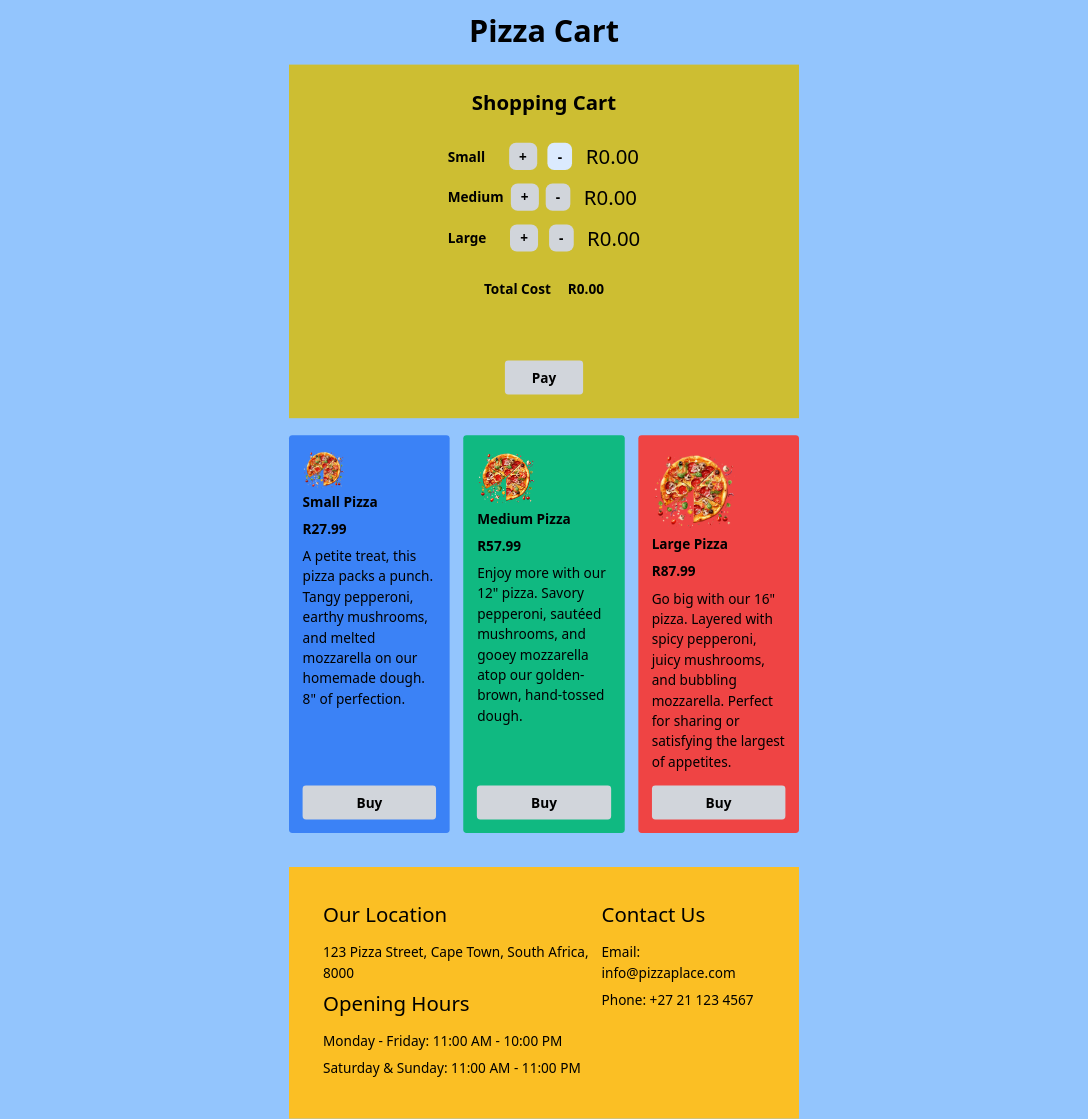
Repository: lasity34/pizza_cart
Page: index.html
These files come from the project's save history. The page is drawn as it stood at one moment and after the next save; the edit follows.
The browser window is 1280 px wide. The pictures show the whole page, at 85% of full size.
Some web fonts or font styles are not loaded; a fallback is used. Some web libraries are served in a nearby version.

Above is the page before, as saved 2023-07-12 10:52:22.

### index.html
<!DOCTYPE html>
<html lang="en">
  <head>
    <meta charset="UTF-8" />
    <meta name="viewport" content="width=device-width, initial-scale=1.0" />
    <title>Pizza Cart</title>
    <script src="//unpkg.com/alpinejs" defer></script>
    <link
      href="https://cdn.jsdelivr.net/npm/tailwindcss@2.1.2/dist/tailwind.min.css"
      rel="stylesheet"
    />
    <link href="./style.css" rel="stylesheet" />
    <link rel="preconnect" href="https://fonts.googleapis.com">
<link rel="preconnect" href="https://fonts.gstatic.com" crossorigin>
<link href="https://fonts.googleapis.com/css2?family=Titillium+Web:ital@0;1&family=Tsukimi+Rounded:wght@300;400;500&display=swap" rel="stylesheet">
  </head>
  <body x-data="cart" class="bg-blue-300" x-cloak>
    <section class="flex justify-center items-center">
      <h1 class="text-4xl pt-4 font-bold">Pizza Cart</h1>
    </section>

    <section
      class="shop-container my-5 p-7 flex justify-center items-center flex-col"
    >
      <h2 class="text-2xl mb-2 font-bold">Shopping Cart</h2>
      <div class="mt-6 flex flex-col items-center">
        <div >
          <div class="flex items-center mb-4">
            <p class="font-bold mr-2">Small</p>
            <div class="ml-5">
              <button
                @click="increment('small')"
                class="bg-gray-300 hover:bg-gray-400 rounded-lg px-3 py-1 mr-2 font-bold"
              >
                +
              </button>
              <button
                @click="decrement('small')"
                class="bg-blue-100 hover:bg-gray-400 rounded-lg px-3 py-1 font-bold"
              >
                -
              </button>
            </div>
            <p class="ml-4 text-2xl">
              R<span x-text="(smallAmount * prices.small).toFixed(2)"
                >0.00</span
              >
            </p>
          </div>
          <div class="flex items-center mb-4">
            <p class="font-bold mr-2 text-red">Medium</p>
            <button
              @click="increment('medium')"
              class="bg-gray-300 hover:bg-gray-400 rounded-lg px-3 py-1 mr-2 font-bold"
            >
              +
            </button>
            <button
              @click="decrement('medium')"
              class="bg-gray-300 hover:bg-gray-400 rounded-lg px-3 py-1 font-bold"
            >
              -
            </button>
            <p class="ml-4 text-2xl">
              R<span x-text="(mediumAmount * prices.medium).toFixed(2)"
                >0.00</span
              >
            </p>
          </div>
          <div class="flex items-center mb-4">
            <p class="font-bold mr-2">Large</p>
            <div class="ml-5">
              <button
                @click="increment('large')"
                class="bg-gray-300 hover:bg-gray-400 rounded-lg px-3 py-1 mr-2 font-bold"
              >
                +
              </button>
              <button
                @click="decrement('large')"
                class="bg-gray-300 hover:bg-gray-400 rounded-lg px-3 py-1 font-bold"
              >
                -
              </button>
            </div>
            <p class="ml-4 text-2xl">
              R<span x-text="(largeAmount * prices.large).toFixed(2)"
                >0.00</span
              >
            </p>
          </div>
        </div>
        <div class="flex justify-center mt-4">
          <p class="font-bold">Total Cost</p>
          <p class="ml-5 font-bold">R<span x-text="total().toFixed(2)">0.00</span></p>
        </div>
        <div class="mt-4">
          <p class="text-red-600 font-bold text-lg underline my-3 py-1" x-text="payMessage"></p>
        </div>

        <div class="mt-4" x-show="total() !== 0" x-cloak>
          <label class="font-bold">Payment Amount:</label>
          <input placeholder="Enter payment here" type="number" step="0.01" class="rounded ml-2 py-2" x-model="paymentAmount" />
        </div>
        <div class="mt-6">
          <button
          x-cloak
          @click="paymentTotal()"
            class="bg-gray-300 hover:bg-gray-400 py-2 px-8 rounded font-bold"
          >
            <span x-text="total() === 0 ? 'Pay' : 'Checkout'"></span>
          </button>
        </div>
      </div>
    </section>

    <section class="pizza_columns">
      <div class="flex justify-around gap-4 max-w-screen-sm mx-auto">
        <div
          class="pizza_sm bg-blue-500 rounded p-4 w-64 flex flex-col justify-between text-black"
        >
          <div>
            <img src="./pizza.png" width="50" />
            <h3 class="mb-2 font-bold">Small Pizza</h3>
            <h3 class="mb-2 font-bold">R27.99</h3>
            <p class="mb-4">
              A petite treat, this pizza packs a punch. Tangy pepperoni, earthy
              mushrooms, and melted mozzarella on our homemade dough. 8" of
              perfection.
            </p>
          </div>
          <button
          @click="buy('small')"
          :disabled="smallAdded"
          class="bg-gray-300 hover:bg-gray-400 transition-colors duration-300 py-2 px-4 rounded font-bold"
        >
          Buy
        </button>
        </div>
        <div
          class="pizza_md bg-green-500 rounded p-4 w-64 flex flex-col justify-between text-black"
        >
          <div>
            <img src="./pizza.png" width="70" />
            <h3 class="mb-2 font-bold">Medium Pizza</h3>
            <h3 class="mb-2 font-bold">R57.99</h3>
            <p class="mb-4">
              Enjoy more with our 12" pizza. Savory pepperoni, sautéed
              mushrooms, and gooey mozzarella atop our golden-brown, hand-tossed
              dough.
            </p>
          </div>
          <button
          @click="buy('medium')"
          :disabled="mediumAdded"
          class="bg-gray-300 hover:bg-gray-400 transition-colors duration-300 py-2 px-4 rounded font-bold"
        >
          Buy
        </button>
        </div>
        <div
          class="pizza_lg bg-red-500 rounded p-4 w-64 flex flex-col justify-between text-black"
        >
          <div>
            <img src="./pizza.png" width="100" />
            <h3 class="mb-2 font-bold">Large Pizza</h3>
            <h3 class="mb-2 font-bold">R87.99</h3>
            <p class="mb-4">
              Go big with our 16" pizza. Layered with spicy pepperoni, juicy
              mushrooms, and bubbling mozzarella. Perfect for sharing or
              satisfying the largest of appetites.
            </p>
          </div>
          <button
          @click="buy('large')"
          :disabled="largeAdded"
          class="bg-gray-300 hover:bg-gray-400 transition-colors duration-300 py-2 px-4 rounded font-bold"
        >
          Buy
        </button>
        </div>
      </div>

      <footer class="bg-yellow-400 text-black mt-10 p-10">
        <div class="container mx-auto flex justify-between">
          <div>
            <h2 class="text-2xl mb-4">Our Location</h2>
            <p class="mb-2">123 Pizza Street, Cape Town, South Africa, 8000</p>

            <h2 class="text-2xl mb-4">Opening Hours</h2>
            <p class="mb-2">Monday - Friday: 11:00 AM - 10:00 PM</p>
            <p class="mb-2">Saturday & Sunday: 11:00 AM - 11:00 PM</p>
          </div>
          <div>
            <h2 class="text-2xl mb-4">Contact Us</h2>
            <p class="mb-2">Email: info@pizzaplace.com</p>
            <p class="mb-2">Phone: +27 21 123 4567</p>
          </div>
        </div>
      </footer>
    </section>
    <div
    x-show="show"
    x-transition:enter="transition ease-out duration-300"
    x-transition:enter-start="opacity-0 transform scale-90"
    x-transition:enter-end="opacity-100 transform scale-100"
    x-transition:leave="transition ease-in duration-300"
    x-transition:leave-start="opacity-100 transform scale-100"
    x-transition:leave-end="opacity-0 transform scale-90"
    class="fixed inset-0 flex items-center justify-center z-50"
  >
    <div class="bg-green-800 text-white rounded p-5 shadow-lg">

      <p x-text="message"></p>
      <!-- Removed the Close button -->
    </div>
  </div>


    <script src="./pizza.js"></script>
  </body>
</html>

### style.css

body {
    max-width: 600px;
    margin: 0 auto;
}

.shop-container {
    background-color: rgb(205, 190, 50);
}

input::-webkit-outer-spin-button,
input::-webkit-inner-spin-button {
  -webkit-appearance: none;
  margin: 0;
}

input[type="number"] {
  -moz-appearance: textfield;
 text-indent: 10px;
}

[x-cloak] { display: none; }

### pizza.js
function cart() {
  return {
    smallAmount: 0,
    mediumAmount: 0,
    largeAmount: 0,
    paymentAmount: 0,
    message: "",
    payMessage: "",
    smallAdded: false,
    mediumAdded: false,
    largeAdded: false,
    show: false,
    prices: {
      small: 27.99,
      medium: 57.99,
      large: 87.99,
    },
    lastMessageAdded: '',
    increment(size) {
      if (size === "small" && this.smallAdded) {
        this.smallAmount++;
      } else if (size === "medium" && this.mediumAdded) {
        this.mediumAmount++;
      } else if (size === "large" && this.largeAdded) {
        this.largeAmount++;
      }
    },
    buy(size) {
      if (size === "small") {
        this.smallAdded = true;
        this.smallAmount++;  // increment the small pizza count
        this.message = 'Small Pizza has been added';
      } else if (size === "medium") {
        this.mediumAdded = true;
        this.mediumAmount++;  // increment the medium pizza count
        this.message = 'Medium Pizza has been added';
      } else if (size === "large") {
        this.largeAdded = true;
        this.largeAmount++;  // increment the large pizza count
        this.message = 'Large Pizza has been added';
      }
      this.toggleModal();
    },
    decrement(size) {
      if(size === 'small' && this.smallAmount > 0 && this.smallAdded) {
        this.smallAmount--;
        if(this.smallAmount === 0) this.smallAdded = false;
      }
      if(size === 'medium' && this.mediumAmount > 0 && this.mediumAdded) {
        this.mediumAmount--;
        if(this.mediumAmount === 0) this.mediumAdded = false;
      }
      if(size === 'large' && this.largeAmount > 0 && this.largeAdded) {
        this.largeAmount--;
        if(this.largeAmount === 0) this.largeAdded = false;
      }
    },
    total() {
      return (
        this.smallAmount * this.prices.small +
        this.mediumAmount * this.prices.medium +
        this.largeAmount * this.prices.large
      );
    },
    paymentTotal() {
      if (this.paymentAmount < this.total()) {
        this.payMessage = `R${(this.total() - this.paymentAmount).toFixed(2)} is needed`;
        setTimeout(() => {
          this.payMessage = "";
        }, 2000);
      } else if (this.paymentAmount > this.total()) {
        this.payMessage = `There is R${(this.paymentAmount - this.total()).toFixed(2)} too much`;
        setTimeout(() => {
          this.payMessage = "";
        }, 2000);
      } else if (this.paymentAmount == this.total() && this.total() !== 0) {
        this.payMessage = "Enjoy your pizzas";
        this.reset();
        setTimeout(() => {
          this.payMessage = "";
        }, 2000);
      }
    },
    toggleModal() {
      this.show = !this.show;
      if (this.show) {
        setTimeout(() => { this.show = false; }, 2000); // Close after 2 seconds
      }
    },
    reset() {
      this.smallAmount = 0;
      this.mediumAmount = 0;
      this.largeAmount = 0;
      this.paymentAmount = 0;
      this.message = "";

      this.smallAdded = false;
      this.mediumAdded = false;
      this.largeAdded = false;
      this.show = false;
    }
  };
}

document.addEventListener("alpine:init", () => {
  Alpine.data("cart", cart);
});

After the next save:
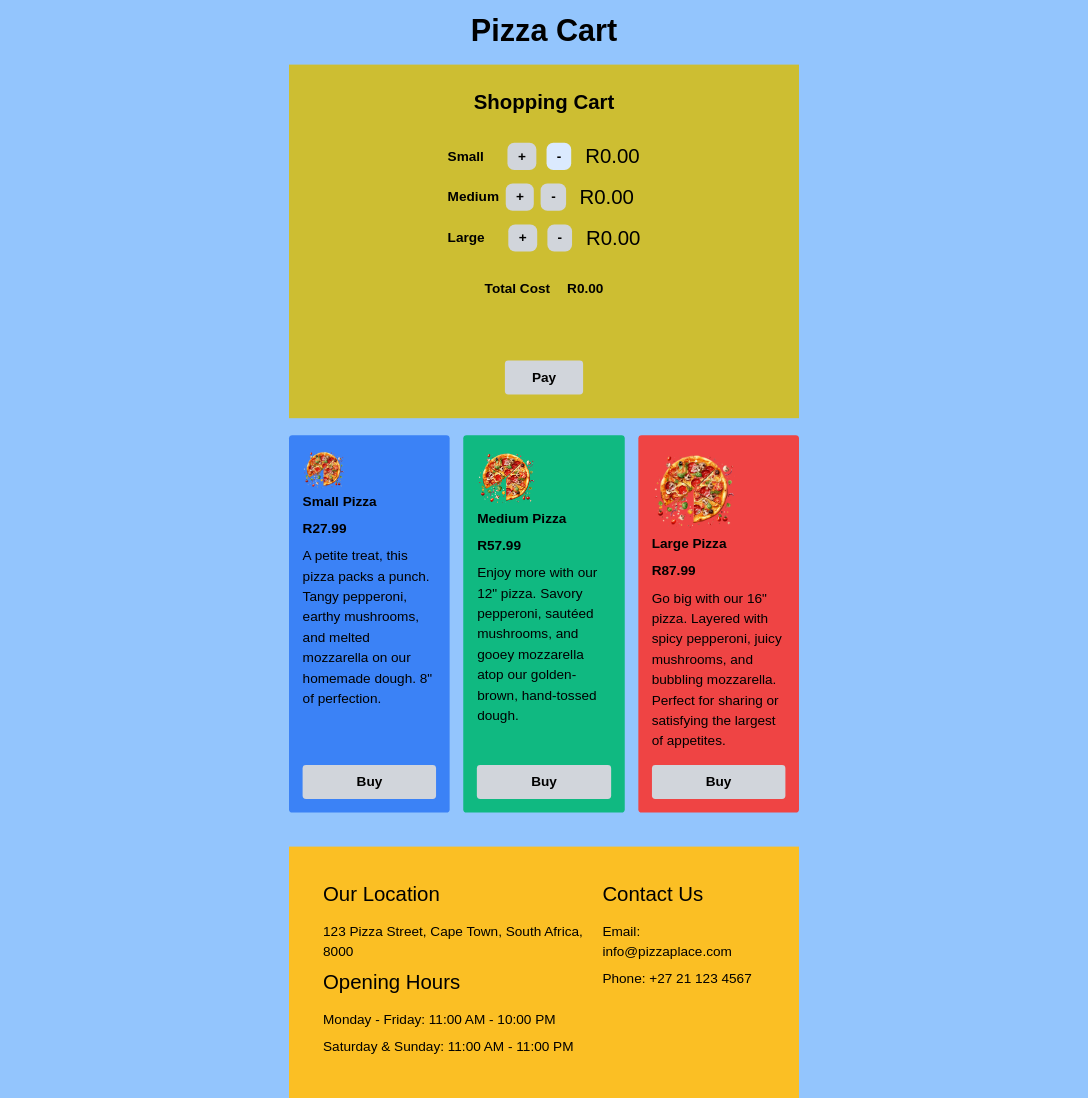
Saved 16 s later.
--- a/style.css
+++ b/style.css
@@ -2,6 +2,8 @@
 body {
     max-width: 600px;
     margin: 0 auto;
+    font-family: 'Titillium Web', sans-serif;
+font-family: 'Tsukimi Rounded', sans-serif;
 }
 
 .shop-container {
